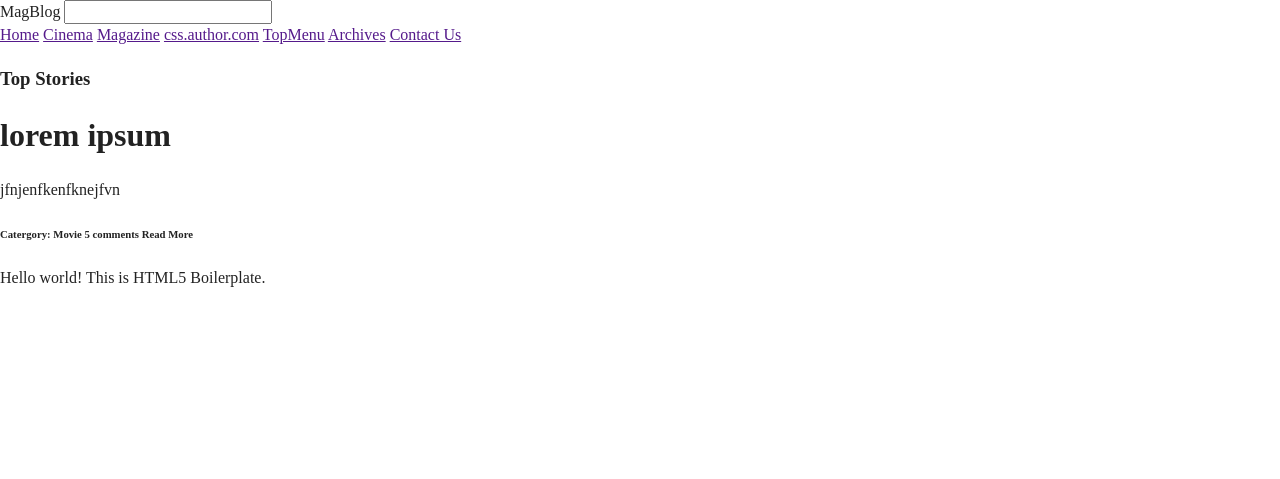
Repository: bguemos/project1lab3
Page: index.html
An editor plug-in stored every save of this project. The page is shown before and after the next save, followed by the edit.
The browser window is 1280 px wide. The pictures show the whole page.

Above is the page before, as saved 2023-01-17 21:29:29.

After the next save:
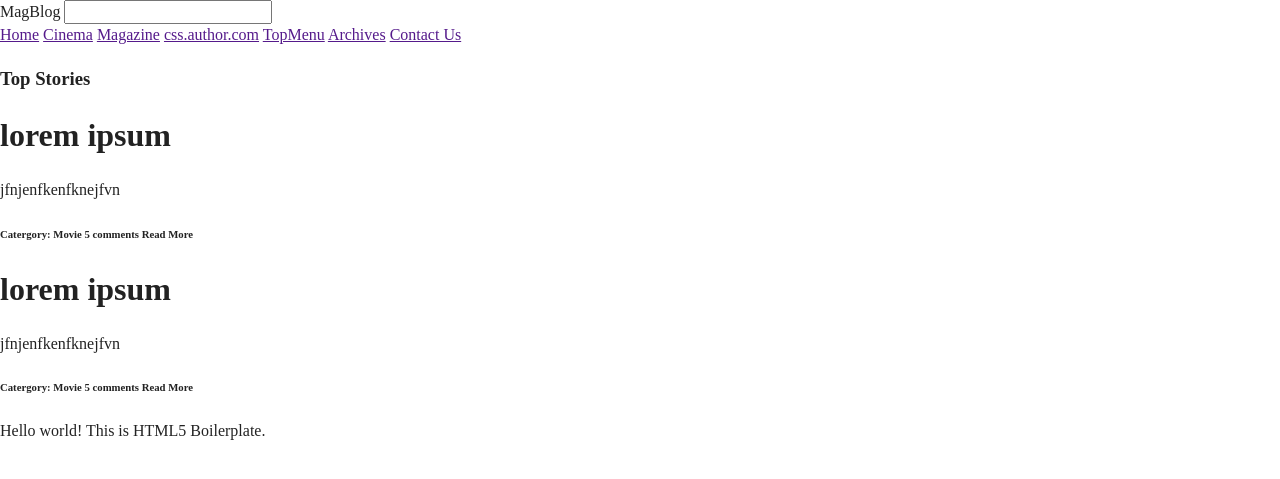
Saved 50 s later.
--- a/index.html
+++ b/index.html
@@ -47,11 +47,11 @@
       <h1> lorem ipsum</h1>
       <p>jfnjenfkenfknejfvn</p>
       <h6> Catergory: Movie  5 comments Read More</h6>
-
-
-
     </div>
     <div class="avatar2">
+      <h1> lorem ipsum</h1>
+      <p>jfnjenfkenfknejfvn</p>
+      <h6> Catergory: Movie  5 comments Read More</h6>
 
     </div>
     <div class="topstorysidebar">
